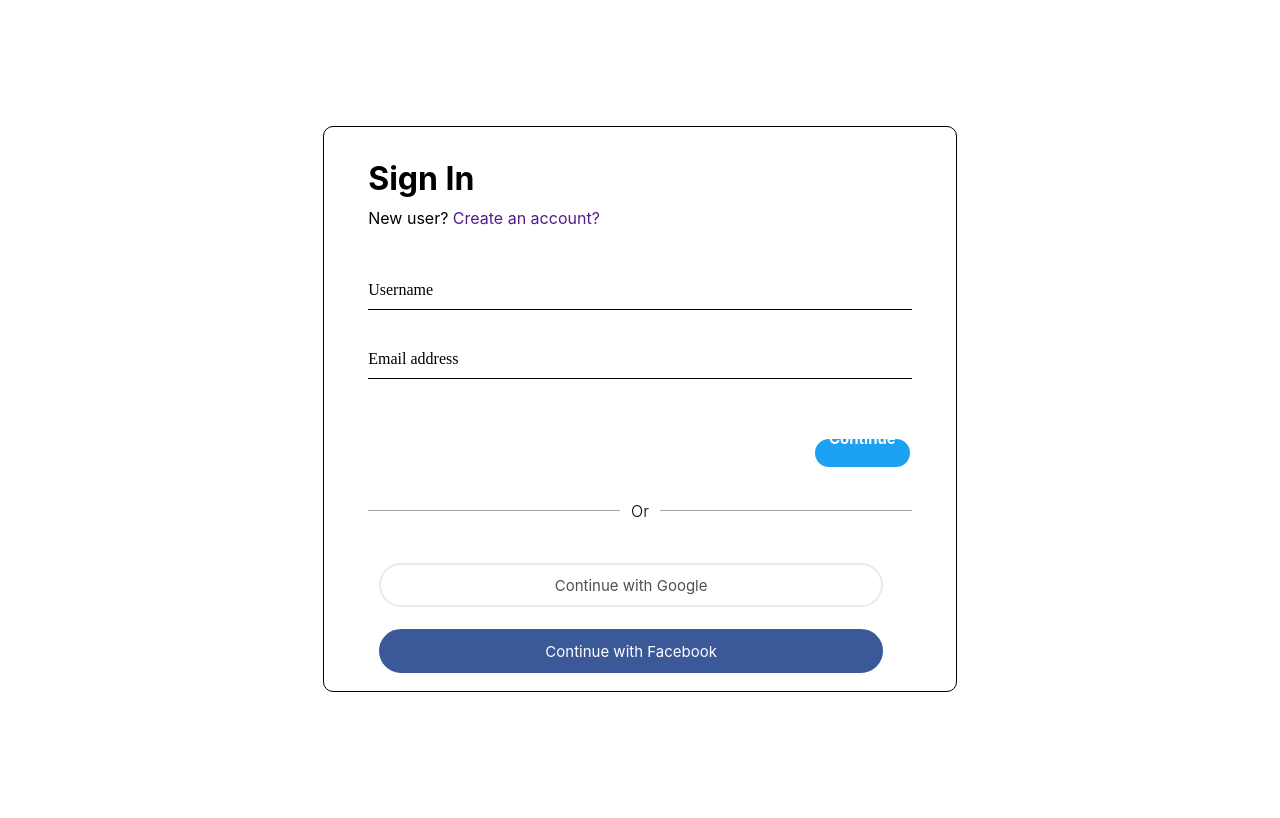
Repository: thangluu93/WereWolf
Page: Template/signIn.html
These files come from the project's save history. The page is drawn as it stood at one moment and after the next save; the edit follows.
The browser window is 1280 px wide. The pictures show the whole page.

Above is the page before, as saved 2020-01-13 15:46:21.

### Template/signIn.html
<html>

<head>

    <link rel="stylesheet" href="../Stylesheet/signInStyle.css">
</head>

<body id="body1">
    <div class="container" id="container1">
        <div class="containerBody" id="containerBody1">
            <div class="border" id="border1">
                <div class="content" id="content1">
                    <div class="contentHeader">
                        <h1 class="Heading">Sign In</h1>
                        <p class="subHead">New user? <a href="">Create an account?</a></p>
                    </div>
                    <div class="fieldLayout">
                        <div class="fieldContainer" >
                            <div class="inputBox" >
                                <label>Username</label>
                                <input type="email" class="field">
                            </div>
                            <div class="inputBox" >
                                <label> Email address </label>
                                <input type="email" class="field">
                            </div>
                        </div>
                        <div class="emailContinue">
                            <button class="emailContinueBtn ">
                                <span>Continue</span>
                            </button>
                        </div>
                    </div>
                    <div class="contentFooter">
                        <strong class="line">Or</strong>
                        <div class="socialSignIn" id="socialSignIn1">
                            <a href="" class="googleSignIn">
                                <!-- <svg viewBox="0 0 1152 1152" focusable="false" aria-hidden="true" role="img"
                                class="googleIconSvg">
                                <path
                                    d="M1055.994 594.42a559.973 559.973 0 0 0-8.86-99.684h-458.99V683.25h262.28c-11.298 60.918-45.633 112.532-97.248 147.089v122.279h157.501c92.152-84.842 145.317-209.78 145.317-358.198z"
                                    fill="#4285f4"></path>
                                <path
                                    d="M588.144 1070.688c131.583 0 241.9-43.64 322.533-118.07l-157.5-122.28c-43.64 29.241-99.463 46.52-165.033 46.52-126.931 0-234.368-85.728-272.691-200.919H152.636v126.267c80.19 159.273 245 268.482 435.508 268.482z"
                                    fill="#34a853"></path>
                                <path
                                    d="M315.453 675.94a288.113 288.113 0 0 1 0-185.191V364.482H152.636a487.96 487.96 0 0 0 0 437.724z"
                                    fill="#fbbc05"></path>
                                <path
                                    d="M588.144 289.83c71.551 0 135.792 24.589 186.298 72.88l139.78-139.779C829.821 144.291 719.504 96 588.143 96c-190.507 0-355.318 109.21-435.508 268.482L315.453 490.75c38.323-115.19 145.76-200.919 272.691-200.919z"
                                    fill="#ea4335"></path>
                            </svg> -->
                                <span>Continue with Google</span>
                            </a>
                            <a href="" class="facebookSignIn">
                                <!-- <svg viewBox="0 0 1152 1152" class="facebookIconSvg" aria-hidden="true" data-prefix="fab" data-icon="facebook-f"
                                role="img" xmlns="http://www.w3.org/2000/svg" viewBox="0 0 264 512" data-fa-i2svg="">
                                <path fill="currentColor"
                                    d="M76.7 512V283H0v-91h76.7v-71.7C76.7 42.4 124.3 0 193.8 0c33.3 0 61.9 2.5 70.2 3.6V85h-48.2c-37.8 0-45.1 18-45.1 44.3V192H256l-11.7 91h-73.6v229">
                                </path>
                            </svg> -->
                                <span>Continue with Facebook</span>

                            </a>

                        </div>
                    </div>
                </div>

            </div>
        </div>
    </div>
</body>

</html>

### Stylesheet/signInStyle.css
.containerBody{
    margin: 0;
    padding: 0;
    width: 100%;
}

#containerBody1{
  width: 100%;

}

#content1{

    display: flex;
    flex-direction: column;


}

.content{
    height: 90%;
    padding: 5% 7% 7% 7%;
}

.border{
    width: 50%;
    height: 80%;
}

#border1{
    border: 1px solid black;
    border-radius: 10px;   ;

    margin: 10% auto;
    justify-content: center;
    align-items: center;

}

.socialSignIn a{
    margin: 2%;
    width: 92%;
    height: 2.5rem;
    display: flex;
    align-items: center;
    justify-content: center;
    font-size: 15px;
}

.socialSignIn{
    margin-top: 2rem;
}

#socialSignIn1{
    display: flex;
    flex-direction: column;
}

.googleSignIn,.facebookSignIn,.twitterSignIn{
    border: 2px;
    border-style: solid;
    border-radius: 100px;
}

.subHead{
    margin: 10px 0 0 0;
}

.heading{
    margin: 0;
}

p {
    font-family: adobe-clean,"Source Sans Pro",-apple-system,BlinkMacSystemFont,"Segoe UI",Roboto,sans-serif;
}

h1{
    font-family: adobe-clean,"Source Sans Pro",-apple-system,BlinkMacSystemFont,"Segoe UI",Roboto,sans-serif;
    font-size: 32px;
}

span{
    font-family: adobe-clean,"Source Sans Pro",-apple-system,BlinkMacSystemFont,"Segoe UI",Roboto,sans-serif;
}

a{
    text-decoration: none;
}



.fieldContainer{
    margin: 0 0 5% 0;
}

.emailContinueBtn{
    display: flex;
    box-shadow: none;
    background-color: #1da1f2;
    color: white;
    border: none;
    outline: none;
    border-width: 2px;
    border-style: solid;
    border-radius: 16px;
    height: 32px;
    min-width: 72px;
    padding: 0 14px 0;
    font-size: 15px;
    font-weight: 700;
    line-height: 0;
    justify-content: center;
}

.emailContinue{
    display: flex;
    align-items: flex-end;
    flex-direction: column;
}

.googleSignIn{
    border-color: #eaeaea;
    color: #505050;
}

.facebookSignIn{
    border-color:#3b5998;
    background-color: #3b5998;
    color: white;
}

.twitterSignIn{
    color: white;
    border-color: #1da1f2;
    background-color: #1da1f2;
}

.line {
    display: flex;
    z-index: 1;
    position: relative;
    width: 100%;
    color: black;
    justify-content: center;
    font-weight: 300;
    font-family: adobe-clean,"Source Sans Pro",-apple-system,BlinkMacSystemFont,"Segoe UI",Roboto,sans-serif
}

.line:before {
    width: 40px;
    height: 10px;
    background-color: white;
    margin-top: -5px;
    margin-left: -20px;
    margin-right: 0px;
    margin-bottom: 0px;
    position: absolute;
    left: 50%;
    top: 50%;
    z-index: -1;
    content: '';
}

.line:after {
    border-bottom: 1px solid #a4a5ac;
    display: block;
    position: absolute;
    top: 49%;
    width: 100%;
    z-index: -2;
    content: '';
}

.fieldLayout{
    margin: 8% 0 2rem 0 ;
}

.inputBox{
    position: relative;
}

.fieldContainer .inputBox input {
    width: 100%;
    padding: 10px 0;
    font-size: 16px;
    color: black;
    margin-bottom: 30px;
    border: none;
    border-bottom: 1px solid black;
    outline: none;
    background: transparent;
}

.inputBox label{
    position: absolute;
    top: 0;
    left: 0;
    padding: 10px 0;
    font-size: 16px;
    color: black;
    pointer-events: none;
    transition: .5s;
}

.fieldContainer .inputBox input:focus ~ label,
.fieldContainer .inputBox input:valid ~ label {
    top: -20px;
    left: 0;
    color: #03a9f4;
    font-size: 12px;
}

After the next save:
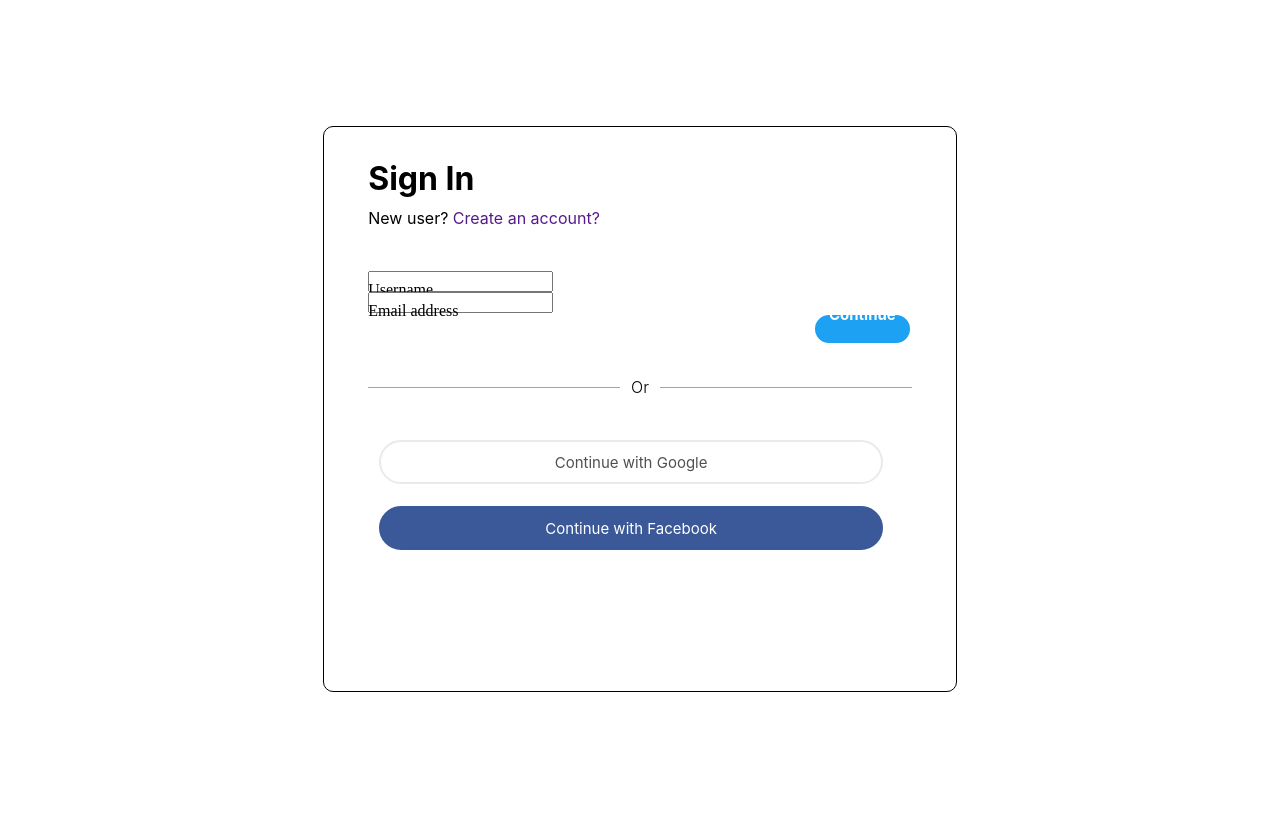
Saved 3 min 59 s later.
--- a/Stylesheet/signInStyle.css
+++ b/Stylesheet/signInStyle.css
@@ -89,9 +89,6 @@ a{
 
 
 
-.fieldContainer{
-    margin: 0 0 5% 0;
-}
 
 .emailContinueBtn{
     display: flex;
@@ -179,7 +176,38 @@ a{
     position: relative;
 }
 
-.fieldContainer .inputBox input {
+
+
+.inputBox label{
+    position: absolute;
+    top: 0;
+    left: 0;
+    padding: 10px 0;
+    font-size: 16px;
+    color: black;
+    pointer-events: none;
+    transition: .5s;
+}
+
+.box {
+    position: absolute;
+    top: 50%;
+    left: 50%;
+    transform: translate(-50%, -50%);
+    width: 400px;
+    padding: 40px;
+    background: rgba(0,0,0,.8);
+    box-sizing: border-box;
+    box-shadow: 0 15px 25px rgba(0,0,0,.5);
+    border-radius: 10px;
+}
+
+
+.box .inputBox {
+    position: relative;
+}
+
+.box .inputBox input {
     width: 100%;
     padding: 10px 0;
     font-size: 16px;
@@ -191,19 +219,19 @@ a{
     background: transparent;
 }
 
-.inputBox label{
+.box .inputBox label {
     position: absolute;
     top: 0;
     left: 0;
     padding: 10px 0;
     font-size: 16px;
-    color: black;
+    color: #fff;
     pointer-events: none;
     transition: .5s;
 }
 
-.fieldContainer .inputBox input:focus ~ label,
-.fieldContainer .inputBox input:valid ~ label {
+.box .inputBox input:focus ~ label,
+.box .inputBox input:valid ~ label {
     top: -20px;
     left: 0;
     color: #03a9f4;
